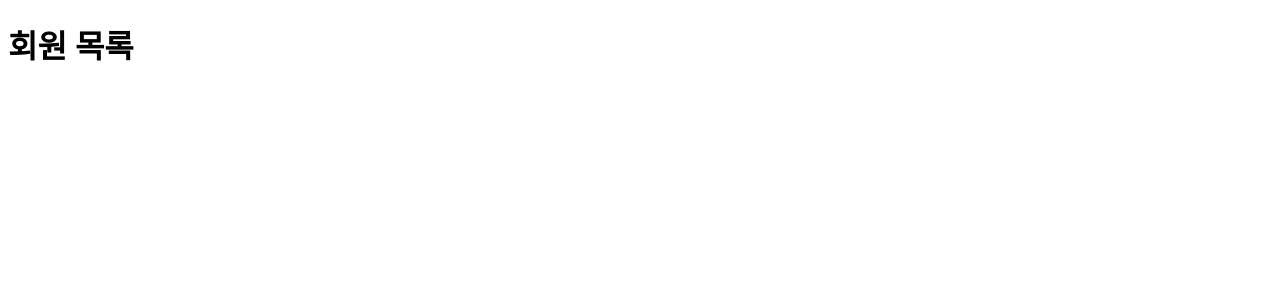
Repository: taeeun2/java_web
Page: http://localhost/webapp/lecture/members/MemberList.jsp
An editor plug-in stored every save of this project. The page is shown before and after the next save, followed by the edit.
The browser window is 1280 px wide. The pictures show the whole page.
The page is served by Tomcat 9. Other server files are loaded and not shown.

Above is the page before, as saved 2021-10-02 08:18:05.

### webapp/WebContent/lecture/members/MemberList.jsp
<%@ page language="java" contentType="text/html; charset=EUC-KR"
    pageEncoding="EUC-KR"%>
    <%@ taglib uri = "http://java.sun.com/jsp/jstl/core" prefix = "c" %>
    <%@ page isELIgnored="false" %><!-- el적용안될때 -->
<!DOCTYPE html PUBLIC "-//W3C//DTD HTML 4.01 Transitional//EN"
"http://www.w3.org/TR/html4/loose.dtd">
<html>
<head>
<meta http-equiv="Content-Type" content="text/html; charset=UTF-8">
<title>Insert title here</title>
</head>
<body>
<h1>회원 목록</h1>
<!-- <p><a href="add.do">신규 회원</a></p> -->
<c:forEach var="member" items="${members}">
${member.no},
<%-- <a href = 'update.do?no=${member.no}'>${member.name }</a>
${member.email},
${member.createdDate}
<a href='delete.do?no=${member.no}'>[삭제]</a><br> --%>
</c:forEach>
</body>
</html>

After the next save:
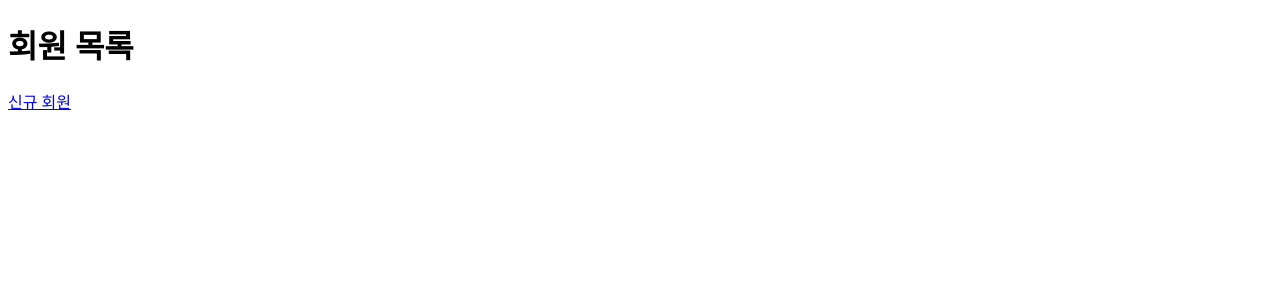
Saved 40 h 0 min later.
--- a/webapp/WebContent/lecture/members/MemberList.jsp
+++ b/webapp/WebContent/lecture/members/MemberList.jsp
@@ -11,7 +11,7 @@
 </head>
 <body>
 <h1>회원 목록</h1>
-<!-- <p><a href="add.do">신규 회원</a></p> -->
+<p><a href="login.do">신규 회원</a></p>
 <c:forEach var="member" items="${members}">
 ${member.no},
 <%-- <a href = 'update.do?no=${member.no}'>${member.name }</a>
